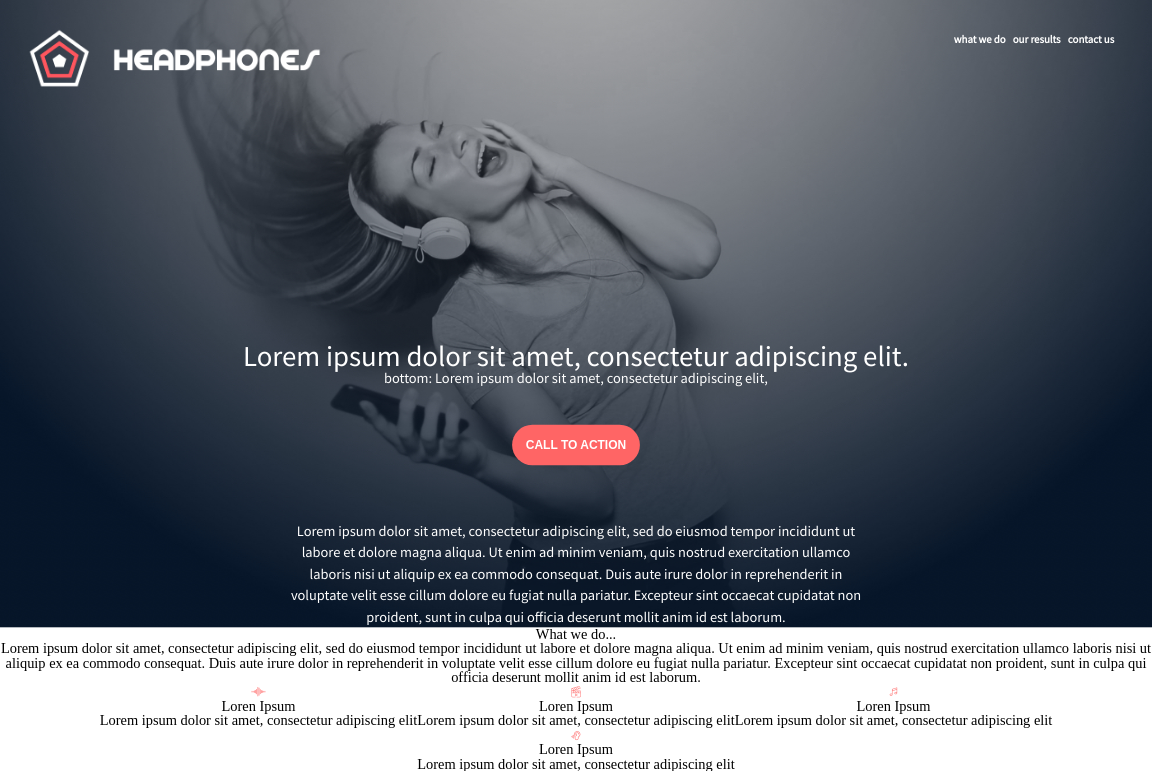
Repository: seleniadelgado/holbertonschool-web_front_end
Page: 0x09-implement_a_design_from_scratch/1-index.html
An editor plug-in stored every save of this project. The page is shown before and after the next save, followed by the edit.
The browser window is 1280 px wide. The pictures show the whole page, at 90% of full size.

Above is the page before, as saved 2020-03-19 15:56:05.

### 0x09-implement_a_design_from_scratch/1-index.html
<!DOCTYPE <!DOCTYPE html>
<head>
    <meta charset="utf-8">
    <title>Headphones</title>
    <meta name="description" content="">
    <meta name="viewport" content="width=device-width, initial-scale=1">
    <link rel="stylesheet" href="1-styles.css">
    <link rel="stylesheet" href="reset.css">
    <link rel="stylesheet" href="./holberton_school-icon/style.css">
    <link href="https://fonts.googleapis.com/css?family=Source+Sans+Pro&display=swap" rel="stylesheet">
</head>
<body>
<!-- nav bar -->
    <header>
        <div class="firstdiv">
            <nav>
                <input type="checkbox" id="menu">
                <label for="menu" id="nav-icon"></label>
                <div class="logo"><img href="active" href="#home"><img src="./images/logo_headphones.png" alt="logo"></a></div>
                <div class="main-nav">
                    <ul class="nav-header">
                        <li><a href="#what-we-do">what we do</a></li>
                        <li><a href="#our-results">our results</a></li>
                        <li><a href="#contact-us">contact us</a></li>
                    </ul>
                </div>
            </nav>
        </div>
<!-- Content -->
        <div class="seconddiv">
            <div class="text">
                <h1>Lorem ipsum dolor sit amet, consectetur adipiscing elit.</h1>
                <p>bottom: Lorem ipsum dolor sit amet, consectetur adipiscing elit, </p>
            </div>
        </div>
        <div class="thirddiv">
        <button id="button">CALL TO ACTION</button>
        <p class="longParagraph">Lorem ipsum dolor sit amet, consectetur adipiscing elit, sed do eiusmod tempor incididunt ut labore et dolore magna aliqua.
            Ut enim ad minim veniam, quis nostrud exercitation ullamco laboris nisi ut aliquip ex ea commodo consequat.
            Duis aute irure dolor in reprehenderit in voluptate velit esse cillum dolore eu fugiat nulla pariatur. Excepteur sint occaecat cupidatat non proident,
            sunt in culpa qui officia deserunt mollit anim id est laborum.</p>
            </div>
        </div>
    </div>
    </header>
    <div class="content">
        <h1>What we do...</h1>
        <p> Lorem ipsum dolor sit amet, consectetur adipiscing elit, sed do eiusmod tempor incididunt ut labore et dolore magna aliqua.
            Ut enim ad minim veniam, quis nostrud exercitation ullamco laboris nisi ut aliquip ex ea commodo consequat.
            Duis aute irure dolor in reprehenderit in voluptate velit esse cillum dolore eu fugiat nulla pariatur. Excepteur sint occaecat cupidatat non proident,
            sunt in culpa qui officia deserunt mollit anim id est laborum.
        </p>
        <div class="grid">
            <div class="item">
                <div class="item holberton_school-icon-ic_sound"></div>
                <h6>Loren Ipsum</h6>
                <p>Lorem ipsum dolor sit amet, consectetur adipiscing elit</p>
            </div>
            <div class="item">
                <div class="item holberton_school-icon-ic_video"></div>
                <h6>Loren Ipsum</h6>
                <p>Lorem ipsum dolor sit amet, consectetur adipiscing elit</p>
            </div>
            <div class="item">
                <div class="item holberton_school-icon-ic_music"></div>
                <h6>Loren Ipsum</h6>
                <p>Lorem ipsum dolor sit amet, consectetur adipiscing elit</p>
            </div>
            <div class="item">
                <div class="item holberton_school-icon-ic_hearing"></div>
                <h6>Loren Ipsum</h6>
                <p>Lorem ipsum dolor sit amet, consectetur adipiscing elit</p>
            </div>

        </div>
    </div>





    </body>
</html>

### 0x09-implement_a_design_from_scratch/1-styles.css

:root {
    --font-size-sm: 12px;
    --font-size-md: 16px;
    --font-size-lg: 32px;
    --font-size-button: 14px;
    --color-primary-red: #FF6565;
    --color-body-white: white;
    --color-body-black: black;
    --font-family: 'Source Sans Pro', sans-serif;
}
/* header */
header {
    width: 100%;
    background: transparent;
    position: relative;
    color: var(--color-body-white);
    background-image: url("images/headphones_hero_1.jpg");
    background-repeat: no-repeat;
    background-size: cover;
    font-family: var(--font-family);
}
header .firstdiv {
    justify-content: space-between;
    align-content: space-between;
    padding: 2rem;
    flex-wrap: wrap;
}
header .firstdiv nav {
    width: 100%;
    display: flex;
    justify-content: space-between;
    align-content: space-between;
    position: relative;
}
a {
    margin: auto 1.25rem;
    color: var(--color-body-white);
    text-decoration: none;
    font-family: var(--font-family);
}
a:hover, a:active {
    color: var(--color-primary-red)
}
#menu {
    display: none;
    position: absolute;
}
#nav-icon {
    display: none;
    position: absolute;
}
.logo {
    float: left;
}

.nav-header {
    display: inline-flex;
    margin: auto 0;
    list-style-type: none;
    font-size: var(--font-size-sm);
    font-weight: bolder;
    font-family: var(--font-family);
}
.main-nav ul {
    border: 6px transparent solid;
    justify-content: space-between;
}
.main-nav ul li a {
    border: 4px transparent solid;
    font-family: var(--font-family);

}

/* nav */
.seconddiv {
    text-align: center;
}
.thirddiv {
    text-align: center;
}
/*text */
.text {
    padding-top: 20%;
    text-align: center;
    line-height: 32px;
}
.text h1 {
    font-size: var(--font-size-md);
    color: var(--color-body-white);
}
.text p {
    font: var(--font-size-sm);
    color: var(--color-body-white);
}

/* button */
#button {
    padding: 15px;
    margin-top: 40px;
    margin-bottom: 60px;
    border-radius: 4em;
    background-color: #FF6565;
    box-shadow: var(--color-body-black);
    border-style: none;
    color: var(--color-body-white);
    font-weight: bolder;
}
#button:hover {
    opacity: 0.9;
}
/* end button */
/* start longparagraph */
.longParagraph {
    display: flex;
    text-align: center;
    margin: 0% 25% 0% 25%;
    line-height: 24px;
    font-family: var(--font-family);
    font-size: var(--font-size-md);
    color: var(--color-body-white);
}

/* end longparagraph */
/* media query for screens less than 480px */
@media (max-width: 480px)
{
    header nav {
      flex-direction: column;
      align-items: center;
    }
    .logo {
      width: 50%;
      height: auto;
    }
    .nav-header {
      display: none;
      width: 100%;
      flex-direction: column;
      margin: 1rem auto;
      text-align: center;
      font-weight: bold;
      font-size: var(--font-size-btn);
      float: right;
      display: inline-flex;
      margin-right: 10%;
    }
    .nav-header li {
      width: 100%;
      margin: 0.5rem auto;
      padding-right: 50px;
      font-family: var(--font-family);
    }
    #nav-icon {
        background: var(--color-body-white);
        height: 2px;
        width: 13px;
        position: absolute;
        left: 1rem;
        top: 18px;
        display: block;
    }

    #nav-icon::before {
        content: "";
        background: var(--color-body-white);
        height: 2px;
        width: 20px;
        position: relative;
        top: -0.4rem;
        display: block;
        transition: all 0.2s ease;
    }

    #nav-icon::after {
        content: "";
        background: var(--color-body-white);
        height: 2px;
        width: 18px;
        position: relative;
        top: 0.3rem;
        display: block;
        transition: all 0.2s ease;
    }

    #menu:checked ~ .nav-header {
        display: inline-flex;
    }

    #menu:checked ~ #nav-icon {
        background: transparent;
    }

    #menu:checked ~ #nav-icon::before {
        transform: rotate(45deg);
        top: 3px;
        margin: auto;
    }

    #menu:checked ~ #nav-icon::after {
        width: 20px;
        transform: rotate(-45deg);
        top: 1px;
        margin: auto;
    }
}
.text {
    font-family: var(--font-family);
    line-height: 24px;
}
.text h1 {
    font-size: var(--font-size-lg);
}
.text p {
    font-size: var(--font-size-md);
}
/* menu btn ends */
.content {
    display: grid;
    text-align: center;
}
.grid {
    display: flex;
    flex-wrap: wrap;
    justify-content: center;
}
.item {
    color: var(--color-primary-red);
}

.item h6, p {
    color: var(--color-body-black);
}

### 0x09-implement_a_design_from_scratch/holberton_school-icon/style.css
@font-face {
  font-family: 'holberton_school-icon';
  src:  url('fonts/holberton_school-icon.eot?sq4eq4');
  src:  url('fonts/holberton_school-icon.eot?sq4eq4#iefix') format('embedded-opentype'),
    url('fonts/holberton_school-icon.ttf?sq4eq4') format('truetype'),
    url('fonts/holberton_school-icon.woff?sq4eq4') format('woff'),
    url('fonts/holberton_school-icon.svg?sq4eq4#holberton_school-icon') format('svg');
  font-weight: normal;
  font-style: normal;
  font-display: block;
}

[class^="holberton_school-icon-"], [class*=" holberton_school-icon-"] {
  /* use !important to prevent issues with browser extensions that change fonts */
  font-family: 'holberton_school-icon' !important;
  speak: none;
  font-style: normal;
  font-weight: normal;
  font-variant: normal;
  text-transform: none;
  line-height: 1;

  /* Better Font Rendering =========== */
  -webkit-font-smoothing: antialiased;
  -moz-osx-font-smoothing: grayscale;
}

.holberton_school-icon-arrow_1:before {
  content: "\e900";
}
.holberton_school-icon-arrow_2:before {
  content: "\e901";
}
.holberton_school-icon-arrow_3:before {
  content: "\e902";
}
.holberton_school-icon-arrow_4:before {
  content: "\e903";
}
.holberton_school-icon-arrow_5:before {
  content: "\e904";
}
.holberton_school-icon-check:before {
  content: "\e905";
}
.holberton_school-icon-ic_bag:before {
  content: "\e906";
}
.holberton_school-icon-ic_cart:before {
  content: "\e907";
}
.holberton_school-icon-ic_facebook:before {
  content: "\e908";
}
.holberton_school-icon-ic_hearing:before {
  content: "\e909";
}
.holberton_school-icon-ic_instagram:before {
  content: "\e90a";
}
.holberton_school-icon-ic_laptop:before {
  content: "\e90b";
}
.holberton_school-icon-ic_money:before {
  content: "\e90c";
}
.holberton_school-icon-ic_music:before {
  content: "\e90d";
}
.holberton_school-icon-ic_sound:before {
  content: "\e90e";
}
.holberton_school-icon-ic_twitter:before {
  content: "\e90f";
}
.holberton_school-icon-ic_video:before {
  content: "\e910";
}
.holberton_school-icon-menu:before {
  content: "\e911";
}
.holberton_school-icon-search_1:before {
  content: "\e912";
}
.holberton_school-icon-search_2:before {
  content: "\e913";
}
.holberton_school-icon-star:before {
  content: "\e914";
}

Loaded but not shown: 0x09-implement_a_design_from_scratch/reset.css (common file)

After the next save:
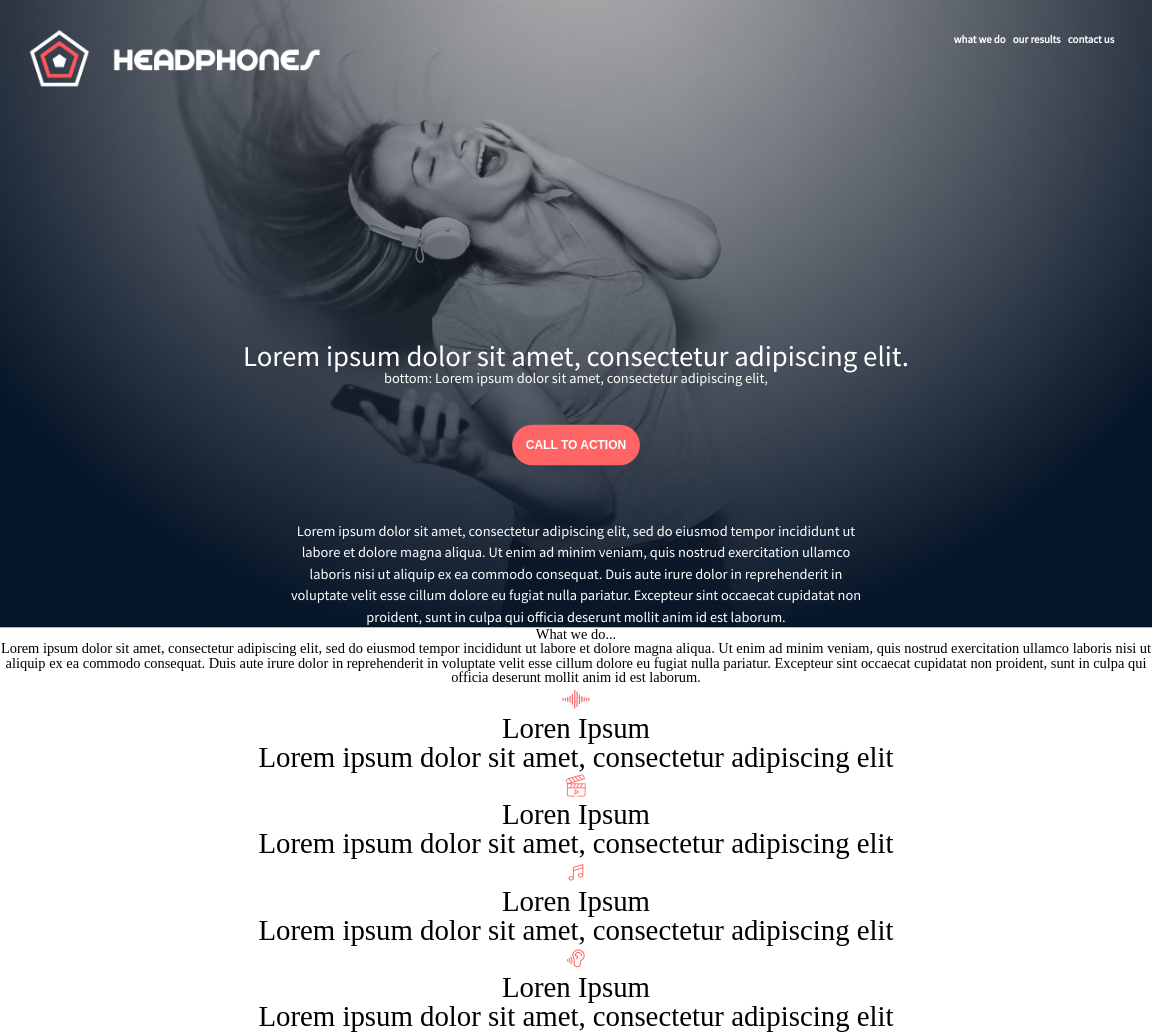
Saved 13 s later.
--- a/0x09-implement_a_design_from_scratch/1-styles.css
+++ b/0x09-implement_a_design_from_scratch/1-styles.css
@@ -226,6 +226,7 @@
 }
 .item {
     color: var(--color-primary-red);
+    font-size: var(--font-size-lg);
 }
 
 .item h6, p {
